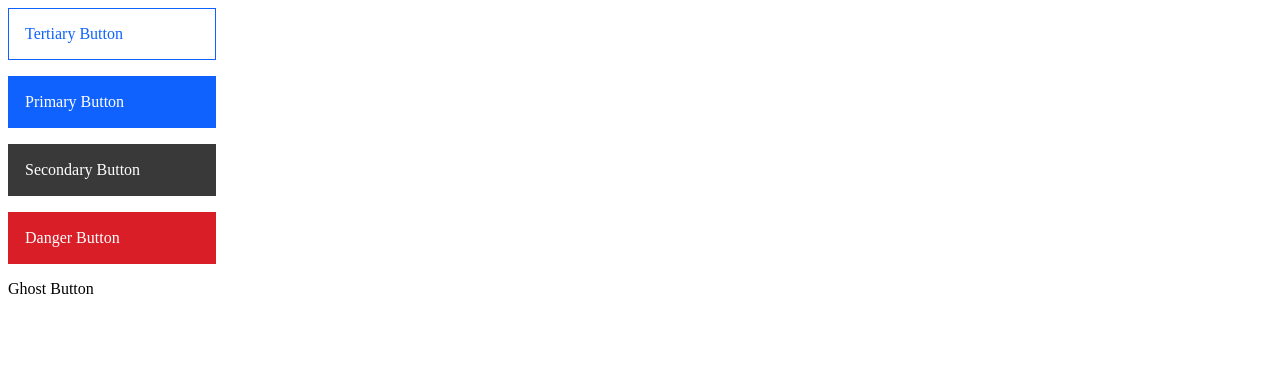
Repository: prav10194/ibm-carbon-components-vanilla
Page: buttons/index.html
An editor plug-in stored every save of this project. The page is shown before and after the next save, followed by the edit.
The browser window is 1280 px wide. The pictures show the whole page.
Some web fonts or font styles are not loaded; a fallback is used.

Above is the page before, as saved 2020-11-12 19:49:22.

### buttons/index.html
<!DOCTYPE html>
<html lang="en">
<head>
    <meta charset="UTF-8">
    <meta name="viewport" content="width=device-width, initial-scale=1.0">
    <link rel="shortcut icon" href="./assets/ibm--cloud.svg" />
    <link rel="stylesheet" href="./node_modules/@ibm/plex/css/ibm-plex-sans-kr.css">
    <link rel="stylesheet" href="./node_modules/@ibm/plex/css/ibm-plex.css">
    <link rel="stylesheet" href="./index.css">
    <title>Button examples</title>
</head>
<style>
    .buttondiv > *:not(:first-child) {
        margin-top: 1rem;
    }
</style>
<body>
    <div class="buttondiv" style="display: flex; flex-direction: column;">
        <div class="tertiary-button">Tertiary Button</div>
        <div class="primary-button">Primary Button</div>
        <div class="secondary-button">Secondary Button</div>
        <div class="danger-button">Danger Button</div>
        <div class="ghost-button">Ghost Button</div>
    </div>
</body>
</html>

### buttons/index.css
.tertiary-button {
    font-size: 1rem;
    border: 1px solid #0f62fe;
    color: #0f62fe;
    padding: 1rem 4rem 1rem 1rem;
    width: 10%;
    font-family: IBM Plex Sans;
}

.tertiary-button:hover {
    background-color: #0f62fe;
    color: white;
    cursor: pointer;
}

.primary-button {
    font-size: 1rem;
    border: 1px solid #0f62fe;
    background-color: #0f62fe;
    color: white;
    padding: 1rem 4rem 1rem 1rem;
    width: 10%;
    font-family: IBM Plex Sans;
}

.primary-button:hover {
    /* background-color: #0f62fe; */
    /* color: white; */
    background-color: #0d58e4;
    cursor: pointer;
}

.secondary-button {
    font-size: 1rem;
    border: 1px solid #393939;
    background-color: #393939;
    color: white;
    padding: 1rem 4rem 1rem 1rem;
    width: 10%;
    font-family: IBM Plex Sans;
}

.secondary-button:hover {
    background-color: #4c4c4c;
    cursor: pointer;
}

.danger-button {
    font-size: 1rem;
    border: 1px solid #da1e28;
    background-color: #da1e28;
    color: white;
    padding: 1rem 4rem 1rem 1rem;
    width: 10%;
    font-family: IBM Plex Sans;
}

.danger-button:hover {
    background-color: #c41b24;
    cursor: pointer;
}

Loaded but not shown: fonts/node_modules/@ibm/plex/css/ibm-plex-sans-kr.css (library); fonts/node_modules/@ibm/plex/css/ibm-plex.css (library)

After the next save:
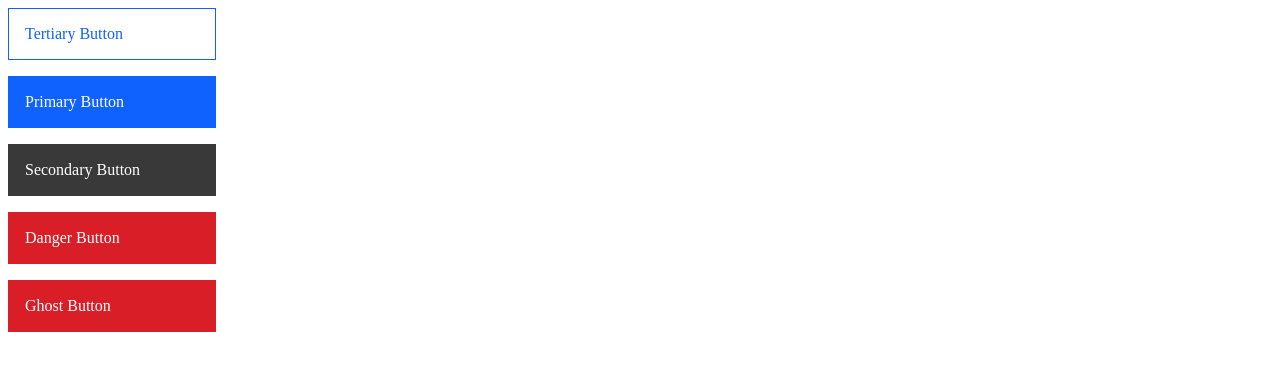
Saved 21 s later.
--- a/buttons/index.css
+++ b/buttons/index.css
@@ -59,3 +59,18 @@
     background-color: #c41b24;
     cursor: pointer;
 }
+
+.ghost-button {
+    font-size: 1rem;
+    border: 1px solid #da1e28;
+    background-color: #da1e28;
+    color: white;
+    padding: 1rem 4rem 1rem 1rem;
+    width: 10%;
+    font-family: IBM Plex Sans;
+}
+
+.ghost-button:hover {
+    background-color: #c41b24;
+    cursor: pointer;
+}

After the save that followed:
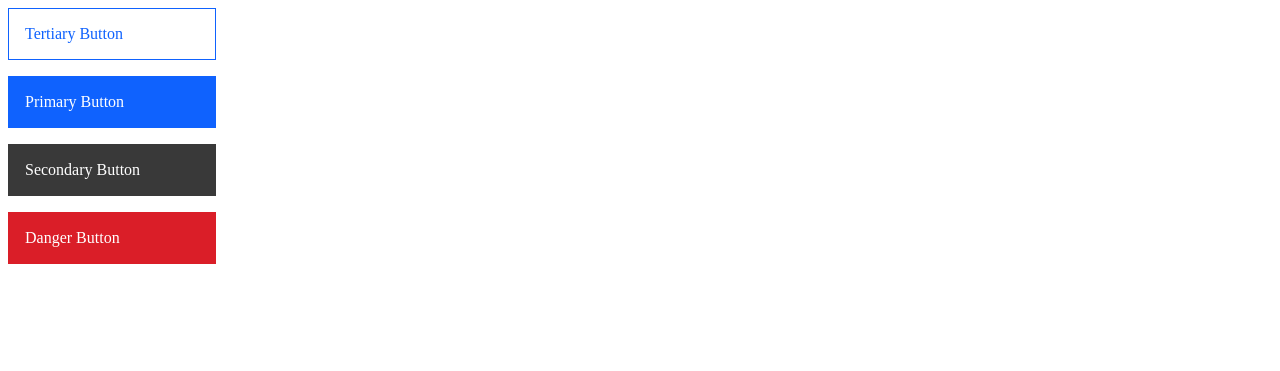
Saved 16 s later.
--- a/buttons/index.css
+++ b/buttons/index.css
@@ -62,8 +62,6 @@
 
 .ghost-button {
     font-size: 1rem;
-    border: 1px solid #da1e28;
-    background-color: #da1e28;
     color: white;
     padding: 1rem 4rem 1rem 1rem;
     width: 10%;
